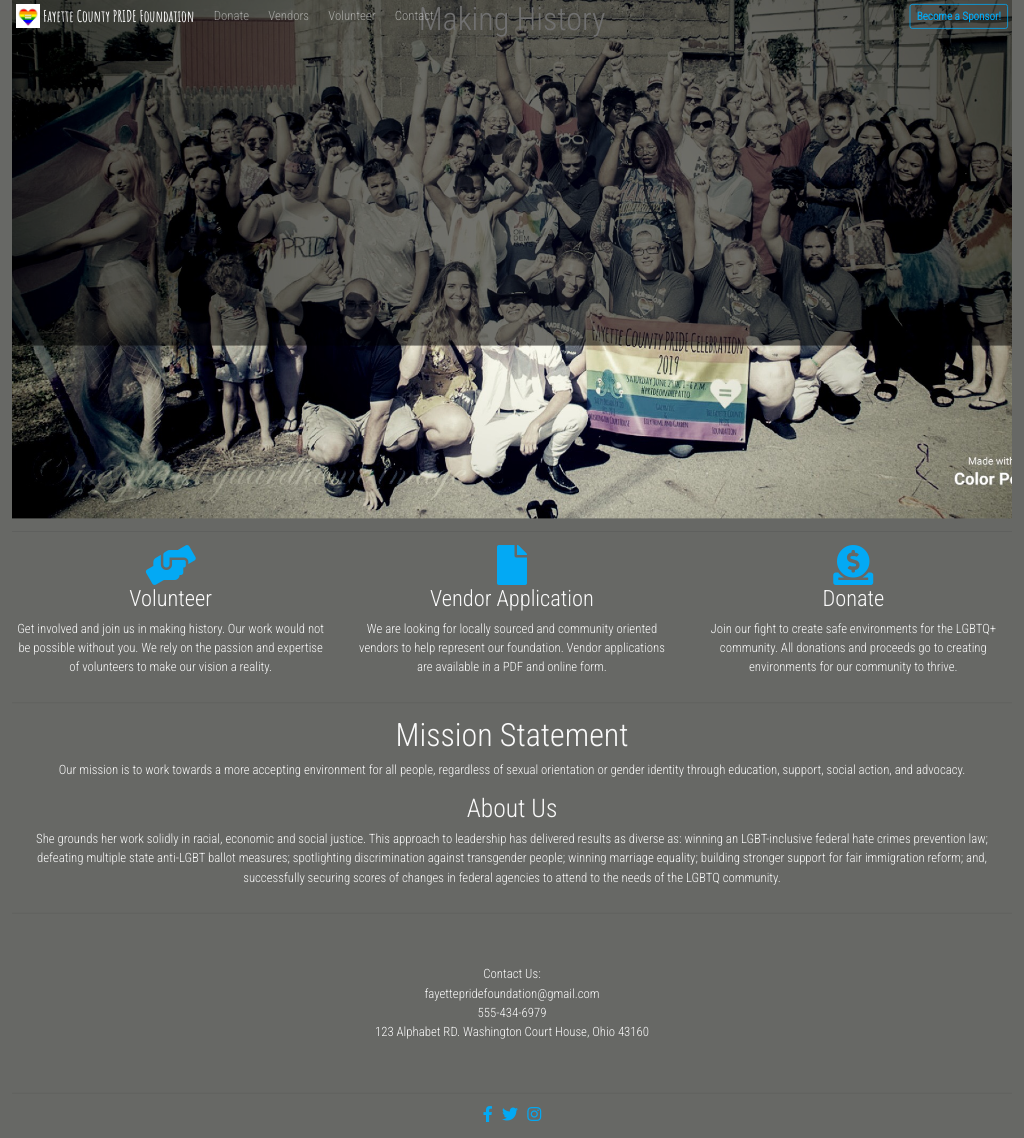
Repository: Code-Institute-Submissions/https-github.com-callendera-Milestone-Project-2
Page: index.html
The author's editor kept a record of every edit. The page is drawn from the files as they stood at one moment, then again after the next edit.
The browser window is 1280 px wide. The pictures show the whole page, at 80% of full size.
Backgrounds fixed to the window are drawn as part of the page. Some web libraries are served in a nearby version.

Above is the page before.

### index.html
<!DOCTYPE html>
<html lang="en">

<head>
    <meta charset="UTF-8">
    <meta name="viewport" content="width=device-width, initial-scale=1.0">
    <meta http-equiv="X-UA-Compatible" content="ie=edge">
    <title>Fayette County PRIDE</title>


    <link href="https://fonts.googleapis.com/css?family=Amatic+SC:700|Roboto+Condensed:300&display=swap" rel="stylesheet">

    <!--this code provides my Icons-->
    <link rel="stylesheet" href="https://use.fontawesome.com/releases/v5.8.1/css/all.css" integrity="sha384-50oBUHEmvpQ+1lW4y57PTFmhCaXp0ML5d60M1M7uH2+nqUivzIebhndOJK28anvf" crossorigin="anonymous">
    <!--this code allows me to use bootstrap styles and pieces of code-->
    <link rel="stylesheet" href="https://stackpath.bootstrapcdn.com/bootstrap/4.3.1/css/bootstrap.min.css" integrity="sha384-ggOyR0iXCbMQv3Xipma34MD+dH/1fQ784/j6cY/iJTQUOhcWr7x9JvoRxT2MZw1T" crossorigin="anonymous">

    <!--links to my style sheet: style.css-->
    <link rel="stylesheet" href="assets/css/style.css" type="text/css" />

</head>

<body>
    <!--NavBar-->

    <!--Navbar styles are given by the class names. and the navbar is fixed at the top to allow a better UX-->


    <nav class="navbar navbar-dark bg-transparent my-navbar navbar-expand-sm fixed-top">
        <a class="navbar-brand my-navbar-brand" href="#">
    <img src="assets/images/heart.jpg" width="30" height="30" class="d-inline-block align-top" alt="">
    Fayette County PRIDE Foundation
  </a>

        <!--this code allows my navbar tp be compressed into a navbar toggler on smaller screen sizes-->
        <button class="navbar-toggler ml-auto my-navbar-toggler" type="button" data-toggle="collapse" data-target="#navbarNavDropdown" aria-controls="navbarNavDropdown" aria-expanded="false" aria-label="Toggle navigation">
            <span class="navbar-toggler-icon my-navbar-toggler-icon"></span></button>


        <!--this code targets the toggler-->
        <div class="collapse navbar-collapse" id="navbarNavDropdown">
            <!--these are my links to navigate you through the site-->
            <ul class="navbar-nav my-navbar-nav mr-auto justify-content-center">
                <li class="nav-item mr-2"><a class="nav-link my-nav-link" href="//">Donate</a></li>
                <li class="nav-item mr-2"><a class="nav-link my-nav-link" href="//">Vendors</a></li>
                <li class="nav-item mr-2"><a class="nav-link my-nav-link" href="//">Volunteer</a></li>
                <li class="nav-item mr-6"><a class="nav-link my-nav-link" href="//">Contact</a></li>
            </ul>
            <!--This code blocks the button and text from being shown on small screens, but appears on larger screen sizes-->
            <div class="d-none d-lg-block">
                <!--gives the viewer the oportunity to become a sponsor while still browsing the site-->

                <button type="button" class="btn btn-sm my-nav-btn btn-success my-btn" data-toggle="modal" data-target="//">Become a Sponsor!</button>
            </div>
        </div>
    </nav>
    <!--navbar-->

    <!--CallOut-->
    <!-- this div allows for a full width container, spanning the entire width of the viewport.-->
    <div class="container-fluid">


        <!--holds the background picture for the landing page-->

        <div class="col-12 callout-container">
            <h1 class="cover-heading text-center">Making History</h1>
            <div class="opaque-overlay">&nbsp;</div>


        </div>
        <!--callout-->
        <hr>
        <!--Involved-->
        <div class="row involved-container text-center">

            <!-- col-4 to make the 3 divs be in 3 columns for large and medium screens, col-12 for smaller screens to have each div on its own line-->
            <div class="col-12 col-sm-12 col-md-4 col-lg-4 my-icon">
                <a href="//"><i class="fas fa-hands-helping"></i></a>
                <h3>Volunteer</h3>
                <p>Get involved and join us in making history. Our work would not be possible without you. We rely on the passion and expertise of volunteers to make our vision a reality.</p>
            </div>
            <div class="col-12 col-sm-12 col-md-4 col-lg-4 my-icon">
                <a href="//"><i class="fas fa-file"></i></a>
                <h3>Vendor Application</h3>
                <p>We are looking for locally sourced and community oriented vendors to help represent our foundation. Vendor applications are available in a PDF and online form.</p>
            </div>
            <div class="col-12 col-sm-12 col-md-4 col-lg-4 my-icon">
                <a href="//"><i class="fas fa-donate"></i></a>
                <h3>Donate</h3>
                <p>Join our fight to create safe environments for the LGBTQ+ community. All donations and proceeds go to creating environments for our community to thrive.</p>
            </div>
        </div>
        <!--involved-->
        <hr>
        <!--About-->
        <div class="row about-container">
            <!-- Col-6 allows the mission statement and About to be on top of eachother and centered-->
            <div class="col-12 text-center">
                <h1>Mission Statement</h1>
                <p>Our mission is to work towards a more accepting environment for all people, regardless of sexual orientation or gender identity through education, support, social action, and advocacy.</p>
            </div>
            <br>

            <div class="col-12 text-center">
                <h2>About Us</h2>
                <p>She grounds her work solidly in racial, economic and social justice. This approach to leadership has delivered results as diverse as: winning an LGBT-inclusive federal hate crimes prevention law; defeating multiple state anti-LGBT ballot
                    measures; spotlighting discrimination against transgender people; winning marriage equality; building stronger support for fair immigration reform; and, successfully securing scores of changes in federal agencies to attend to the needs
                    of the LGBTQ community.</p>
            </div>
            <!--about-->
        </div>
        <!--about-->
        <hr>

        <div class="row contact-container text-center">
            <!--entire section gives the user the info on how to contact the band-->
            <div class="col">
                <footer class="my-5">
                    <div class="row">
                        <div class="col-12">
                            <div class="heading">Contact Us:</div>
                        </div>
                    </div>
                    <div class="row">
                        <div class="col-12">
                            <div class="text">fayettepridefoundation@gmail.com</div>
                            <div class="text">555-434-6979</div>
                            <div class="text">123 Alphabet RD. Washington Court House, Ohio 43160</div>
                        </div>
                    </div>

                </footer>
            </div>
        </div>
        <hr>
        <div class="row social-container text-center">
            <div class="col-12">
                <!--all social media links are placed within a span to allow them to line up inline-->
                <ul class="list-inline social-media">
                    <!--atrribute is given to make the social media symbol a link to the facebook page-->
                    <li class="list-inline-item"><a href="//" target="_blank"><i class="fab fa-facebook-f"></i>
                    <span class="sr-only">Facebook</span></a></li>
                    <!--atrribute is given to make the social media symbol a link to the twitter page-->
                    <li class="list-inline-item"><a href="//" target="_blank"><i class="fab fa-twitter"></i>
                    <span class="sr-only">Twitter</span></a></li>
                    <!--atrribute is given to make the social media symbol a link to the youtube page-->
                    <li class="list-inline-item"><a href="//" target="_blank"><i class="fab fa-instagram"></i>
                    <span class="sr-only">Instagram</span></a></li>
                </ul>
            </div>
        </div>
    </div>
    <!--contactinfo-->

    <!--script used for DOM manipulation in modal-->
            <script src="https://code.jquery.com/jquery-3.3.1.slim.min.js" integrity="sha384-q8i/X+965DzO0rT7abK41JStQIAqVgRVzpbzo5smXKp4YfRvH+8abtTE1Pi6jizo" crossorigin="anonymous"></script>

            <!--positioning engine, used throughout webpage-->
            <script src="https://cdnjs.cloudflare.com/ajax/libs/popper.js/1.14.7/umd/popper.min.js" integrity="sha384-UO2eT0CpHqdSJQ6hJty5KVphtPhzWj9WO1clHTMGa3JDZwrnQq4sF86dIHNDz0W1" crossorigin="anonymous"></script>

            <!--script needed to link my bootstrap classes-->
            <script src="https://stackpath.bootstrapcdn.com/bootstrap/4.3.1/js/bootstrap.min.js" integrity="sha384-JjSmVgyd0p3pXB1rRibZUAYoIIy6OrQ6VrjIEaFf/nJGzIxFDsf4x0xIM+B07jRM" crossorigin="anonymous"></script>

    </div>

</body>

</html>

### assets/css/style.css

/*--Background Styles--*/
body {
    font-family: 'Roboto Condensed', sans-serif;

    background-color:#676865;
    color: #fafafa;
}

.callout-container {
    /*--- sets background image for callout container. it is set to not repeat, so the image doesnt stretch, and the image will be centered horizontally and pushed to the top of the container. the background will also not scroll, but remained positioned so things will scroll past it---*/
    background: url("../images/flag.jpg")no-repeat center center fixed;
    /*--- adjusts background for different browsers ---*/
    -webkit-background-size: cover;
    -moz-background-size: cover;
    -o-background-size: cover;
    background-size: cover;

    /*--- makes the background fit to the container ---*/
    overflow: hidden;

    /*--- aligns and justifies text in container ---*/
    align-items: center;
    justify-content: center;
    /*--- the height that container will take up in the viewport ---*/
    height: 60vh;

}

.involved-container {
    padding-top: 500px;

}

.opaque-overlay {
    /*---positioned relative to the nearest positioned ancestor---*/
    position: absolute;
    top: 0;
    left: 0;
    /*--- size of overlay to just cover background image ---*/
    height: 100%;
    width: 100%;
    /*--- color of background to be grey but almost transparent to make white text stand out ---*/
    background-color: rgba(0, 0, 0, 0.55);

    /*---pulls content forward to be visible on Z-index axis---*/
    z-index: 1;

}

/*--Navbar Styles--*/

.my-navbar {
    font-family: 'Roboto Condensed', sans-serif;

    /*--- removes margins automatically set by bootstrap ---*/
    margin: 0;
    /*--- removes padding automatically set by bootstrap ---*/
    padding-left: 20px;
    padding-right: 20px;
    padding-bottom: 0;
    padding-top: 0;
    background-color: transparent;
    /*--- color of text white ---*/
    color: #fafafa;
}

.my-navbar-nav {
    /*--- removes padding automatically set by bootstrap ---*/
    padding-left: 30px;
    /*--- color of text white ---*/
    color: #fafafa;

}



.my-nav-link {
    /*--- color of text white ---*/
    color: #fafafa;
    /*--- color change transition when hovering over my-nav-link ---*/
    transition: all 0.40s ease-in-out;
    -moz-transition: all 0.40s ease-in-out;
    -webkit-transition: all 0.40s ease-in-out;
    -o-transition: all 0.40s ease-in-out;
    /*--- adjustments for each web browser ---*/
}


.my-navbar-toggler {
    /*--- display to fill contents ---*/
    display: contents;
    width: 2em;
    height: 2em;
    /*--- aligns to fit toggler container ---*/
    vertical-align: middle;
    /*--- content aligned according to parent element ---*/
    content: "";
    /*--- toggler doesn't repeat and it center to container ---*/
    background: no-repeat center center;
    /*--- toggler 100% of toggler container ---*/
    background-size: 100% 100%;

    /*--- color of text white ---*/
    color: #fafafa;
    /*--- removes margins automatically set by bootstrap ---*/
    margin-right: 30px;
}

.my-navbar-toggler-icon {
    /*--- color of icon white ---*/
    color: #fafafa;

}

.my-navbar-brand {
    font-family: 'Amatic SC', cursive;

}

/*--Buttons--*/

.my-btn {
    /*---blue color--*/
    background-color: #28a74500;
    border-color: #03A9F4;
    color: #03A9F4;
    font-weight: 800;
}

.my-btn:hover {
    /*--- color of background: blue ---*/
    background-color: #03A9F4;
    /*--- when mouse is hovered the button will transition for .40seconds to a darker green color. the color will gradually ease in and then ease out. ---*/
    transition: all 0.40s ease-in-out;
    -moz-transition: all 0.40s ease-in-out;
    -webkit-transition: all 0.40s ease-in-out;
    -o-transition: all 0.40s ease-in-out;
    /*--- adjustments for each web browser ---*/
}

.social-media i {
    /*---blue color--*/
    color: #03A9F4;
    font-size: 20px;
}

.social-media i:hover {
 /*--- color of background: darker green ---*/
    color: #2567ae;
    /*--- when mouse is hovered the button will transition for .40seconds to a darker green color. the color will gradually ease in and then ease out. ---*/
    transition: all 0.40s ease-in-out;
    -moz-transition: all 0.40s ease-in-out;
    -webkit-transition: all 0.40s ease-in-out;
    -o-transition: all 0.40s ease-in-out;
    /*--- adjustments for each web browser ---*/
}

.my-icon i {
    /*---blue color--*/
     color: #03A9F4;
    font-size: 50px;
}
.my-icon i:hover {
     /*--- color of background: darker blue ---*/
    color: #2567ae;
    /*--- when mouse is hovered the button will transition for .40seconds to a darker blue color. the color will gradually ease in and then ease out. ---*/
    transition: all 0.40s ease-in-out;
    -moz-transition: all 0.40s ease-in-out;
    -webkit-transition: all 0.40s ease-in-out;
    -o-transition: all 0.40s ease-in-out;
    /*--- adjustments for each web browser ---*/
}

/*---MISC.--*/

.involved-container {
    padding: 0px;
}


/*---Media Queries--*/

@media (min-width: 576px){
    .my-navbar-nav {
    padding-left: 0px;
}

.opaque-overlay {
   height: 60vh;

}

.involved-container {
    padding: 0px;
}
}

@media (min-width: 992px) {
    .callout-container {
    /*--- sets background image for callout container. it is set to not repeat, so the image doesnt stretch, and the image will be centered horizontally and pushed to the top of the container. the background will also not scroll, but remained positioned so things will scroll past it---*/
    background: url("../images/pride2.png")no-repeat top center fixed;
    /*--- adjusts background for different browsers ---*/
    -webkit-background-size: cover;
    -moz-background-size: cover;
    -o-background-size: cover;
    background-size: contain;

    /*--- makes the background fit to the container ---*/
    overflow: hidden;

    /*--- aligns and justifies text in container ---*/
    align-items: center;
    justify-content: center;
    /*--- the height that container will take up in the viewport ---*/
    height: 46.9vh;

}
}

@media (min-width: 1200px) {
    .callout-container {
    /*--- sets background image for callout container. it is set to not repeat, so the image doesnt stretch, and the image will be centered horizontally and pushed to the top of the container. the background will also not scroll, but remained positioned so things will scroll past it---*/
    background: url("../images/pride2.png")no-repeat center center fixed;
    /*--- adjusts background for different browsers ---*/
    -webkit-background-size: cover;
    -moz-background-size: cover;
    -o-background-size: cover;
    background-size: cover;

    /*--- makes the background fit to the container ---*/
    overflow: hidden;

    /*--- aligns and justifies text in container ---*/
    align-items: center;
    justify-content: center;
    /*--- the height that container will take up in the viewport ---*/
    height: 90vh;

}
}

After the next edit:
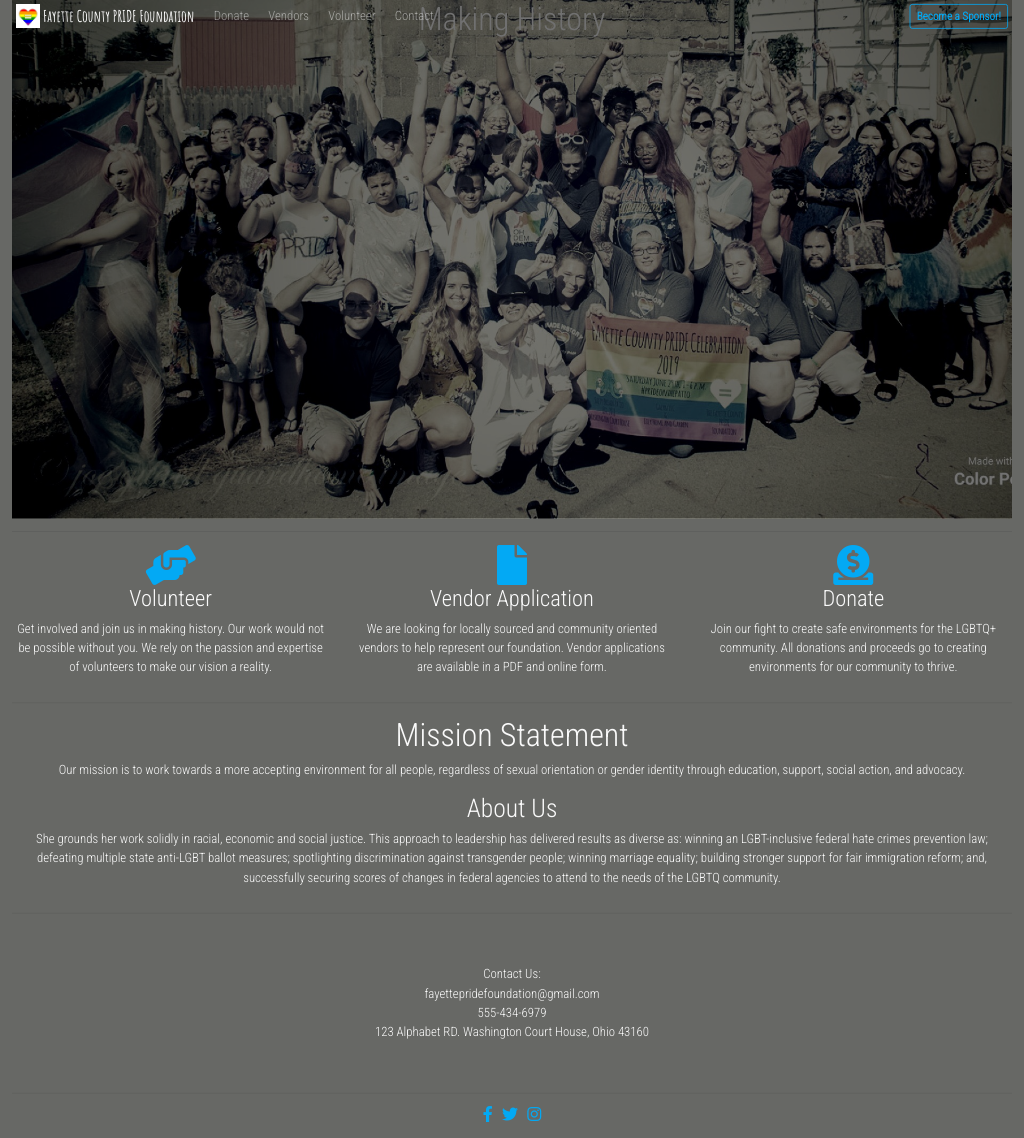
The edit:
--- a/assets/css/style.css
+++ b/assets/css/style.css
@@ -238,4 +238,9 @@
     height: 90vh;
 
 }
-}
+
+.opaque-overlay {
+   height: 90vh;
+
+}
+}
